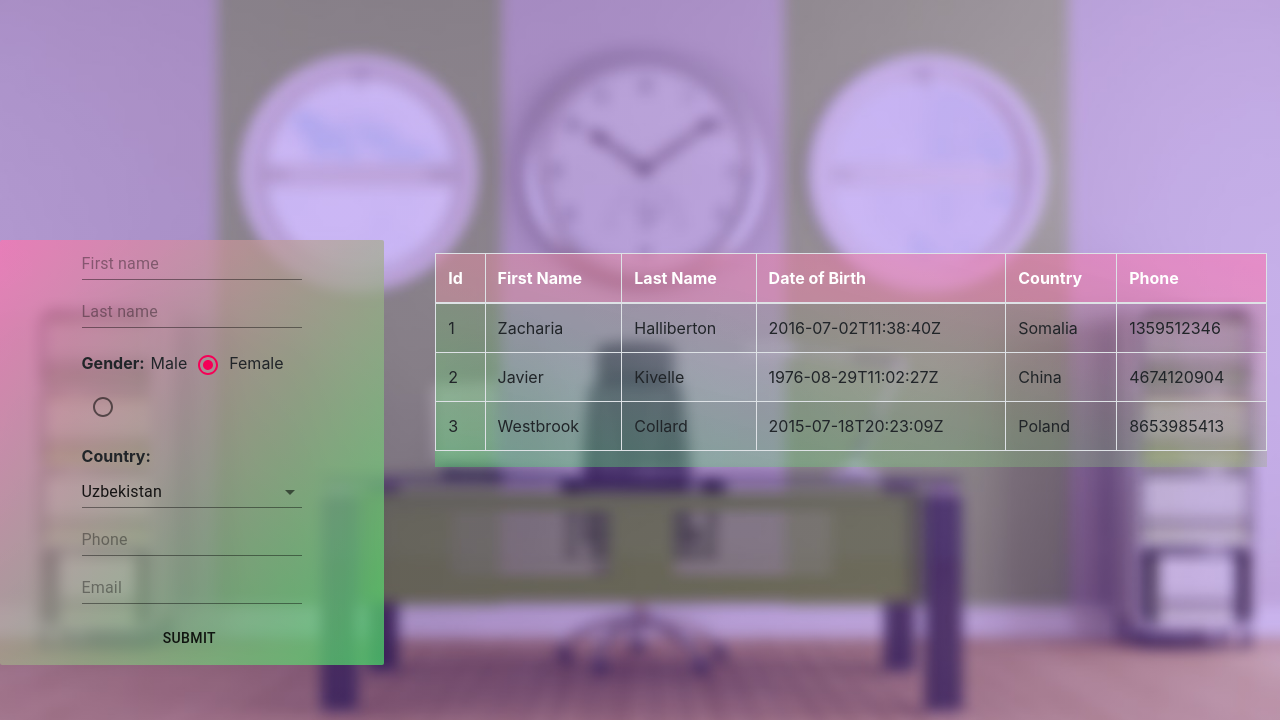
Repository: abrorsaidov/table-table
Page: /
The author's editor kept a copy of each file at every save. The page is drawn from the files as they stood at one save, then again after the next save.
The browser window is 1280 px wide. The pictures show the whole page.
The project was rebuilt for these pictures with package versions that can differ from the ones it lists, and the page was loaded fresh each time. Also part of the build but not shown: src/components/ComponentC.js.

Above is the page before, as saved 2020-12-05 01:20:27.

### src/App.js
import React, { useContext } from 'react';
import './App.css';
import UserContext from './components/userContext';
import State from './components/state';
import ComponentC from './components/ComponentC';
import Forms from './components/Forms';
import MyTable from './components/MyTable';

function App() {
    return (
        <State>
            <div className='App'>
                <Forms />
                <MyTable />
            </div>
        </State>
    );
}

export default App;

### src/App.css
@import url("https://fonts.googleapis.com/css2?family=Nunito+Sans:wght@200&display=swap");

* {
  margin: 0;
  padding: 0;
}

body {
  background: linear-gradient(
      to bottom right,
      rgba(104, 37, 238, 0.3),
      rgba(104, 37, 238, 0.3)
    ),
    url("../src/office.jpg");
  background-attachment: fixed;
  background-repeat: no-repeat;
  font-family: "Nunito Sans", sans-serif;
  background-size: cover;
}

.form-wrapper {
  background: linear-gradient(
    to bottom right,
    rgba(255, 114, 175, 0.7),
    rgba(75, 226, 105, 0.7)
  );
  display: flex;
  flex-direction: column;
  justify-content: center;
  align-items: center;
  width: 30%;
  left: 10%;
  border-radius: 2px;
  margin-top: 15em;
  /* transform: translateY(50%); */
  padding: 0.5em;
}

.text {
  width: 60%;
}
.text .country {
  display: flex;
  justify-content: space-between;
}
.text {
  margin-bottom: 1em;
}
label.main {
  font-weight: bold;
  margin-right: 6px;
}

.submit-btn {
  background: rgba(129, 232, 27, 0.912);
  width: 60%;
  text-align: center;
  border-radius: 7px;
}
small.error {
  display: block;
  color: red;
}
small.hide {
  color: red;
  display: none;
}

option {
  cursor: pointer;
}

.inputs {
  width: 100%;
}

.myTable {
  background: linear-gradient(
    to top right,
    rgba(75, 226, 105, 0.4),
    rgba(255, 114, 175, 0.337)
  );
  position: absolute;
  width: 65%;
  top: 50%;
  transform: translateY(-50%);
  right: 1%;
  /* justify-content: center;
  display: flex; */
}

thead {
  background: rgba(255, 114, 175, 0.337);
  color: white;
}

### src/components/state.js
import React, { useReducer } from 'react';
import reducer from './reducer';
import UserContext from './userContext';

const State = props => {
    const initialState = {
        loading: false,
    };

    const [state, dispatch] = useReducer(reducer, initialState);

    const setLoading = () => {
        dispatch({
            type: 'LOADING',
        });
    };

    const clearLoading = () => {
        dispatch({
            type: 'CLEAR_LOADING',
        });
    };

    return (
        <UserContext.Provider
            value={{ loading: state.loading, setLoading, clearLoading }}
        >
            {props.children}
        </UserContext.Provider>
    );
};

export default State;

### src/components/Forms.js
import React from "react";
import { Formik, Field, Form } from "formik";
import { TextField, Button, Radio, Select } from "@material-ui/core";
import * as Yup from "yup";
import { useField } from "formik";
import { StoreMallDirectory } from "@material-ui/icons";

const phoneRegExp = /^((\\+[1-9]{1,4}[ \\-]*)|(\\([0-9]{2,3}\\)[ \\-]*)|([0-9]{2,4})[ \\-]*)*?[0-9]{3,4}?[ \\-]*[0-9]{3,4}?$/;

const formSchema = Yup.object().shape({
  first_name: Yup.string().required("First name required"),
  last_name: Yup.string().required("Last name required"),
  phone: Yup.string()
    .required("Enter your phone")
    .matches(phoneRegExp, "Phone number is not valid"),
  email: Yup.string().required("Email required").email(),
});

const initialValues = {
  first_name: "",
  last_name: "",
  gender: "male",
  country: "Uzbekistan",
  phone: "",
  email: "",
};
const nameField = (e) => {
  console.log(e.target.value);
};

const Forms = (props) => {
  return (
    <Formik
      initialValues={initialValues}
      validationSchema={formSchema}
      onSubmit={(data) => console.log(data)}
    >
      {({ handleSubmit, errors, touched }) => {
        return (
          <Form className={"form-wrapper"} onSubmit={handleSubmit}>
            <div className={"text names"}>
              <Field
                className={"inputs"}
                onChange={nameField}
                placeholder="First name"
                name="first_name"
                type="input"
                as={TextField}
              />
              {errors.first_name && touched.first_name && (
                <small className={"error"}>{errors.first_name}</small>
              )}
            </div>
            <div className={"text names"}>
              <Field
                className={"inputs"}
                placeholder="Last name"
                name="last_name"
                type="input"
                as={TextField}
              />
              {errors.last_name && touched.last_name && (
                <small className={"error"}>{errors.last_name}</small>
              )}
            </div>
            <div className={"text gender"}>
              <label className={"main"} htmlFor="gender">
                Gender:{" "}
              </label>
              <label htmlFor="male">Male</label>
              <Field name="gender" type="radio" value="male" as={Radio} />
              <label htmlFor="female">Female</label>
              <Field name="gender" type="radio" value="female" as={Radio} />
            </div>
            <div className={"text country"}>
              <label className={"main"} htmlFor="country">
                Country:{" "}
              </label>
              <Field
                className={"inputs"}
                name="country"
                type="select"
                as={Select}
              >
                <option value="Afganistan">Afghanistan</option>
                <option value="Albania">Albania</option>
                <option value="Algeria">Algeria</option>
                <option value="American Samoa">American Samoa</option>
                <option value="Andorra">Andorra</option>
                <option value="Angola">Angola</option>
                <option value="Anguilla">Anguilla</option>
                <option value="Antigua & Barbuda">Antigua & Barbuda</option>
                <option value="Argentina">Argentina</option>
                <option value="Armenia">Armenia</option>
                <option value="Aruba">Aruba</option>
                <option value="Australia">Australia</option>
                <option value="Austria">Austria</option>
                <option value="Azerbaijan">Azerbaijan</option>
                <option value="Bahamas">Bahamas</option>
                <option value="Bahrain">Bahrain</option>
                <option value="Bangladesh">Bangladesh</option>
                <option value="Barbados">Barbados</option>
                <option value="Belarus">Belarus</option>
                <option value="Belgium">Belgium</option>
                <option value="Belize">Belize</option>
                <option value="Benin">Benin</option>
                <option value="Bermuda">Bermuda</option>
                <option value="Bhutan">Bhutan</option>
                <option value="Bolivia">Bolivia</option>
                <option value="Bonaire">Bonaire</option>
                <option value="Bosnia & Herzegovina">
                  Bosnia & Herzegovina
                </option>
                <option value="Botswana">Botswana</option>
                <option value="Brazil">Brazil</option>
                <option value="British Indian Ocean Ter">
                  British Indian Ocean Ter
                </option>
                <option value="Brunei">Brunei</option>
                <option value="Bulgaria">Bulgaria</option>
                <option value="Burkina Faso">Burkina Faso</option>
                <option value="Burundi">Burundi</option>
                <option value="Cambodia">Cambodia</option>
                <option value="Cameroon">Cameroon</option>
                <option value="Canada">Canada</option>
                <option value="Canary Islands">Canary Islands</option>
                <option value="Cape Verde">Cape Verde</option>
                <option value="Cayman Islands">Cayman Islands</option>
                <option value="Central African Republic">
                  Central African Republic
                </option>
                <option value="Chad">Chad</option>
                <option value="Channel Islands">Channel Islands</option>
                <option value="Chile">Chile</option>
                <option value="China">China</option>
                <option value="Christmas Island">Christmas Island</option>
                <option value="Cocos Island">Cocos Island</option>
                <option value="Colombia">Colombia</option>
                <option value="Comoros">Comoros</option>
                <option value="Congo">Congo</option>
                <option value="Cook Islands">Cook Islands</option>
                <option value="Costa Rica">Costa Rica</option>
                <option value="Cote DIvoire">Cote DIvoire</option>
                <option value="Croatia">Croatia</option>
                <option value="Cuba">Cuba</option>
                <option value="Curaco">Curacao</option>
                <option value="Cyprus">Cyprus</option>
                <option value="Czech Republic">Czech Republic</option>
                <option value="Denmark">Denmark</option>
                <option value="Djibouti">Djibouti</option>
                <option value="Dominica">Dominica</option>
                <option value="Dominican Republic">Dominican Republic</option>
                <option value="East Timor">East Timor</option>
                <option value="Ecuador">Ecuador</option>
                <option value="Egypt">Egypt</option>
                <option value="El Salvador">El Salvador</option>
                <option value="Equatorial Guinea">Equatorial Guinea</option>
                <option value="Eritrea">Eritrea</option>
                <option value="Estonia">Estonia</option>
                <option value="Ethiopia">Ethiopia</option>
                <option value="Falkland Islands">Falkland Islands</option>
                <option value="Faroe Islands">Faroe Islands</option>
                <option value="Fiji">Fiji</option>
                <option value="Finland">Finland</option>
                <option value="France">France</option>
                <option value="French Guiana">French Guiana</option>
                <option value="French Polynesia">French Polynesia</option>
                <option value="French Southern Ter">French Southern Ter</option>
                <option value="Gabon">Gabon</option>
                <option value="Gambia">Gambia</option>
                <option value="Georgia">Georgia</option>
                <option value="Germany">Germany</option>
                <option value="Ghana">Ghana</option>
                <option value="Gibraltar">Gibraltar</option>
                <option value="Great Britain">Great Britain</option>
                <option value="Greece">Greece</option>
                <option value="Greenland">Greenland</option>
                <option value="Grenada">Grenada</option>
                <option value="Guadeloupe">Guadeloupe</option>
                <option value="Guam">Guam</option>
                <option value="Guatemala">Guatemala</option>
                <option value="Guinea">Guinea</option>
                <option value="Guyana">Guyana</option>
                <option value="Haiti">Haiti</option>
                <option value="Hawaii">Hawaii</option>
                <option value="Honduras">Honduras</option>
                <option value="Hong Kong">Hong Kong</option>
                <option value="Hungary">Hungary</option>
                <option value="Iceland">Iceland</option>
                <option value="Indonesia">Indonesia</option>
                <option value="India">India</option>
                <option value="Iran">Iran</option>
                <option value="Iraq">Iraq</option>
                <option value="Ireland">Ireland</option>
                <option value="Isle of Man">Isle of Man</option>
                <option value="Israel">Israel</option>
                <option value="Italy">Italy</option>
                <option value="Jamaica">Jamaica</option>
                <option value="Japan">Japan</option>
                <option value="Jordan">Jordan</option>
                <option value="Kazakhstan">Kazakhstan</option>
                <option value="Kenya">Kenya</option>
                <option value="Kiribati">Kiribati</option>
                <option value="Korea North">Korea North</option>
                <option value="Korea Sout">Korea South</option>
                <option value="Kuwait">Kuwait</option>
                <option value="Kyrgyzstan">Kyrgyzstan</option>
                <option value="Laos">Laos</option>
                <option value="Latvia">Latvia</option>
                <option value="Lebanon">Lebanon</option>
                <option value="Lesotho">Lesotho</option>
                <option value="Liberia">Liberia</option>
                <option value="Libya">Libya</option>
                <option value="Liechtenstein">Liechtenstein</option>
                <option value="Lithuania">Lithuania</option>
                <option value="Luxembourg">Luxembourg</option>
                <option value="Macau">Macau</option>
                <option value="Macedonia">Macedonia</option>
                <option value="Madagascar">Madagascar</option>
                <option value="Malaysia">Malaysia</option>
                <option value="Malawi">Malawi</option>
                <option value="Maldives">Maldives</option>
                <option value="Mali">Mali</option>
                <option value="Malta">Malta</option>
                <option value="Marshall Islands">Marshall Islands</option>
                <option value="Martinique">Martinique</option>
                <option value="Mauritania">Mauritania</option>
                <option value="Mauritius">Mauritius</option>
                <option value="Mayotte">Mayotte</option>
                <option value="Mexico">Mexico</option>
                <option value="Midway Islands">Midway Islands</option>
                <option value="Moldova">Moldova</option>
                <option value="Monaco">Monaco</option>
                <option value="Mongolia">Mongolia</option>
                <option value="Montserrat">Montserrat</option>
                <option value="Morocco">Morocco</option>
                <option value="Mozambique">Mozambique</option>
                <option value="Myanmar">Myanmar</option>
                <option value="Nambia">Nambia</option>
                <option value="Nauru">Nauru</option>
                <option value="Nepal">Nepal</option>
                <option value="Netherland Antilles">Netherland Antilles</option>
                <option value="Netherlands">
                  Netherlands (Holland, Europe)
                </option>
                <option value="Nevis">Nevis</option>
                <option value="New Caledonia">New Caledonia</option>
                <option value="New Zealand">New Zealand</option>
                <option value="Nicaragua">Nicaragua</option>
                <option value="Niger">Niger</option>
                <option value="Nigeria">Nigeria</option>
                <option value="Niue">Niue</option>
                <option value="Norfolk Island">Norfolk Island</option>
                <option value="Norway">Norway</option>
                <option value="Oman">Oman</option>
                <option value="Pakistan">Pakistan</option>
                <option value="Palau Island">Palau Island</option>
                <option value="Palestine">Palestine</option>
                <option value="Panama">Panama</option>
                <option value="Papua New Guinea">Papua New Guinea</option>
                <option value="Paraguay">Paraguay</option>
                <option value="Peru">Peru</option>
                <option value="Phillipines">Philippines</option>
                <option value="Pitcairn Island">Pitcairn Island</option>
                <option value="Poland">Poland</option>
                <option value="Portugal">Portugal</option>
                <option value="Puerto Rico">Puerto Rico</option>
                <option value="Qatar">Qatar</option>
                <option value="Republic of Montenegro">
                  Republic of Montenegro
                </option>
                <option value="Republic of Serbia">Republic of Serbia</option>
                <option value="Reunion">Reunion</option>
                <option value="Romania">Romania</option>
                <option value="Russia">Russia</option>
                <option value="Rwanda">Rwanda</option>
                <option value="St Barthelemy">St Barthelemy</option>
                <option value="St Eustatius">St Eustatius</option>
                <option value="St Helena">St Helena</option>
                <option value="St Kitts-Nevis">St Kitts-Nevis</option>
                <option value="St Lucia">St Lucia</option>
                <option value="St Maarten">St Maarten</option>
                <option value="St Pierre & Miquelon">
                  St Pierre & Miquelon
                </option>
                <option value="St Vincent & Grenadines">
                  St Vincent & Grenadines
                </option>
                <option value="Saipan">Saipan</option>
                <option value="Samoa">Samoa</option>
                <option value="Samoa American">Samoa American</option>
                <option value="San Marino">San Marino</option>
                <option value="Sao Tome & Principe">Sao Tome & Principe</option>
                <option value="Saudi Arabia">Saudi Arabia</option>
                <option value="Senegal">Senegal</option>
                <option value="Seychelles">Seychelles</option>
                <option value="Sierra Leone">Sierra Leone</option>
                <option value="Singapore">Singapore</option>
                <option value="Slovakia">Slovakia</option>
                <option value="Slovenia">Slovenia</option>
                <option value="Solomon Islands">Solomon Islands</option>
                <option value="Somalia">Somalia</option>
                <option value="South Africa">South Africa</option>
                <option value="Spain">Spain</option>
                <option value="Sri Lanka">Sri Lanka</option>
                <option value="Sudan">Sudan</option>
                <option value="Suriname">Suriname</option>
                <option value="Swaziland">Swaziland</option>
                <option value="Sweden">Sweden</option>
                <option value="Switzerland">Switzerland</option>
                <option value="Syria">Syria</option>
                <option value="Tahiti">Tahiti</option>
                <option value="Taiwan">Taiwan</option>
                <option value="Tajikistan">Tajikistan</option>
                <option value="Tanzania">Tanzania</option>
                <option value="Thailand">Thailand</option>
                <option value="Togo">Togo</option>
                <option value="Tokelau">Tokelau</option>
                <option value="Tonga">Tonga</option>
                <option value="Trinidad & Tobago">Trinidad & Tobago</option>
                <option value="Tunisia">Tunisia</option>
                <option value="Turkey">Turkey</option>
                <option value="Turkmenistan">Turkmenistan</option>
                <option value="Turks & Caicos Is">Turks & Caicos Is</option>
                <option value="Tuvalu">Tuvalu</option>
                <option value="Uganda">Uganda</option>
                <option value="United Kingdom">United Kingdom</option>
                <option value="Ukraine">Ukraine</option>
                <option value="United Arab Erimates">
                  United Arab Emirates
                </option>
                <option value="United States of America">
                  United States of America
                </option>
                <option value="Uraguay">Uruguay</option>
                <option value="Uzbekistan">Uzbekistan</option>
                <option value="Vanuatu">Vanuatu</option>
                <option value="Vatican City State">Vatican City State</option>
                <option value="Venezuela">Venezuela</option>
                <option value="Vietnam">Vietnam</option>
                <option value="Virgin Islands (Brit)">
                  Virgin Islands (Brit)
                </option>
                <option value="Virgin Islands (USA)">
                  Virgin Islands (USA)
                </option>
                <option value="Wake Island">Wake Island</option>
                <option value="Wallis & Futana Is">Wallis & Futana Is</option>
                <option value="Yemen">Yemen</option>
                <option value="Zaire">Zaire</option>
                <option value="Zambia">Zambia</option>
                <option value="Zimbabwe">Zimbabwe</option>
              </Field>
            </div>
            <div className={"text phone"}>
              <Field
                className={"inputs"}
                placeholder="Phone"
                name="phone"
                type="input"
                as={TextField}
              />
              {errors.phone && touched.phone && (
                <small className={"error"}>{errors.phone}</small>
              )}
            </div>
            <div className={"text email"}>
              <Field
                className={"inputs"}
                placeholder="Email"
                name="email"
                type="input"
                as={TextField}
              />
              {errors.email && touched.email && (
                <small className={"error"}>{errors.email}</small>
              )}
            </div>
            <div>
              <Button className={"submit-btn"} type={"submit"}>
                Submit
              </Button>
            </div>
          </Form>
        );
      }}
    </Formik>
  );
};
export default Forms;

### src/components/MyTable.js
import React, { useMemo } from "react";
import { useTable } from "react-table";
import MOCK_DATA from "./MOCK_DATA.json";
import { COLUMNS } from "./columns";
import { Table } from "react-bootstrap";
import "bootstrap/dist/css/bootstrap.min.css";

const MyTable = () => {
  const columns = useMemo(() => COLUMNS, []);
  const data = useMemo(() => MOCK_DATA, []);

  const tableInstance = useTable({
    columns,
    data,
  });

  const {
    getTableProps,
    getTableBodyProps,
    headerGroups,
    rows,
    prepareRow,
  } = tableInstance;

  return (
    <div className="myTable">
      <Table striped bordered hover className={""} {...getTableProps()}>
        <thead>
          {headerGroups.map((headerGroup) => (
            <tr {...headerGroup.getHeaderGroupProps()}>
              {headerGroup.headers.map((column) => (
                <th {...column.getHeaderProps()}>{column.render("Header")}</th>
              ))}
            </tr>
          ))}
        </thead>
        <tbody {...getTableBodyProps()}>
          {rows.map((row) => {
            prepareRow(row);
            return (
              <tr {...row.getRowProps()}>
                {row.cells.map((cell) => {
                  return (
                    <td {...cell.getCellProps()}>{cell.render("Cell")}</td>
                  );
                })}
              </tr>
            );
          })}
        </tbody>
      </Table>
    </div>
  );
};

export default MyTable;

### src/components/reducer.js
export default (state, action) => {
    switch (action.type) {
        case 'LOADING':
            return {
                ...state,
                loading: true,
            };
        case 'CLEAR_LOADING':
            return {
                ...state,
                loading: false,
            };
    }
};

### src/components/columns.js
export const COLUMNS = [
    {
        Header: 'Id',
        accessor: 'id',
    },
    {
        Header: 'First Name',
        accessor: 'first_name',
    },
    {
        Header: 'Last Name',
        accessor: 'last_name',
    },
    {
        Header: 'Date of Birth',
        accessor: 'date_of_birth',
    },
    {
        Header: 'Country',
        accessor: 'country',
    },
    {
        Header: 'Phone',
        accessor: 'phone',
    },
];

Loaded but not shown: public/index.html (common file); src/index.js (common file); src/index.css (common file); src/reportWebVitals.js (common file); src/components/userContext.js (common file); src/components/MOCK_DATA.json (32 lines, source omitted)

After the next save:
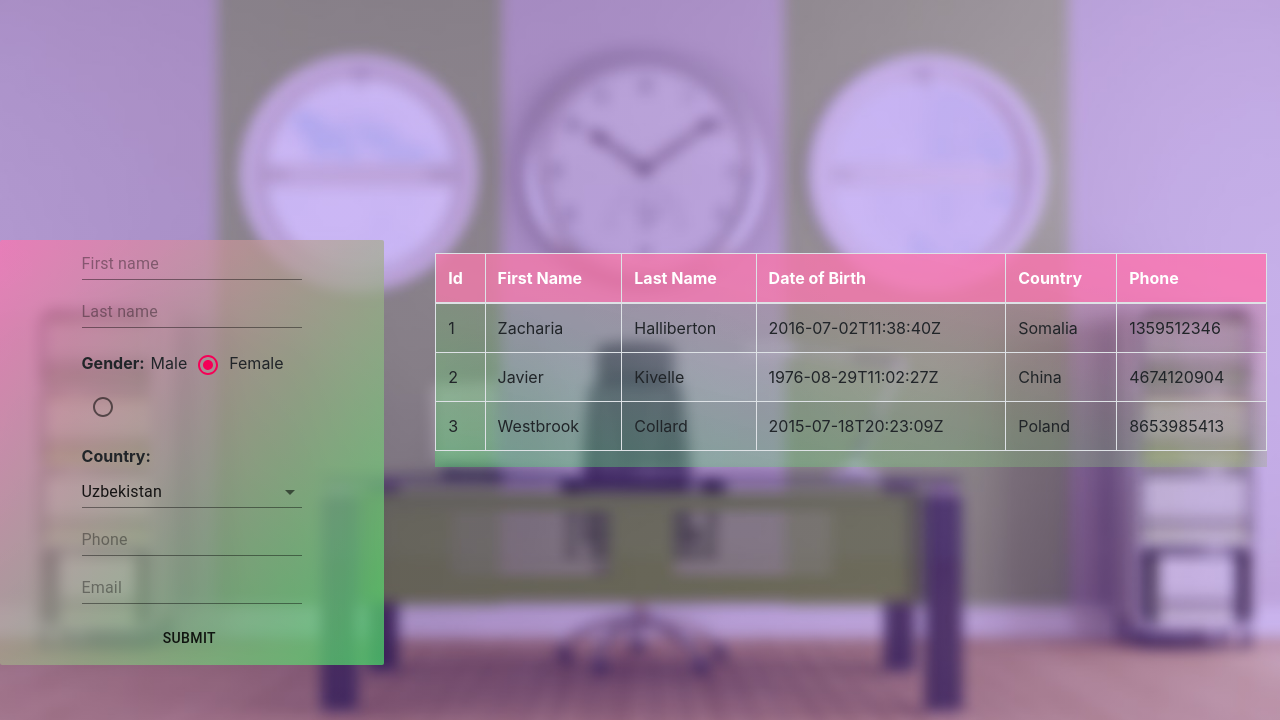
Saved 11 s later.
--- a/src/App.css
+++ b/src/App.css
@@ -90,6 +90,6 @@ option {
 }
 
 thead {
-  background: rgba(255, 114, 175, 0.337);
+  background: rgba(255, 114, 175, 0.7);
   color: white;
 }
